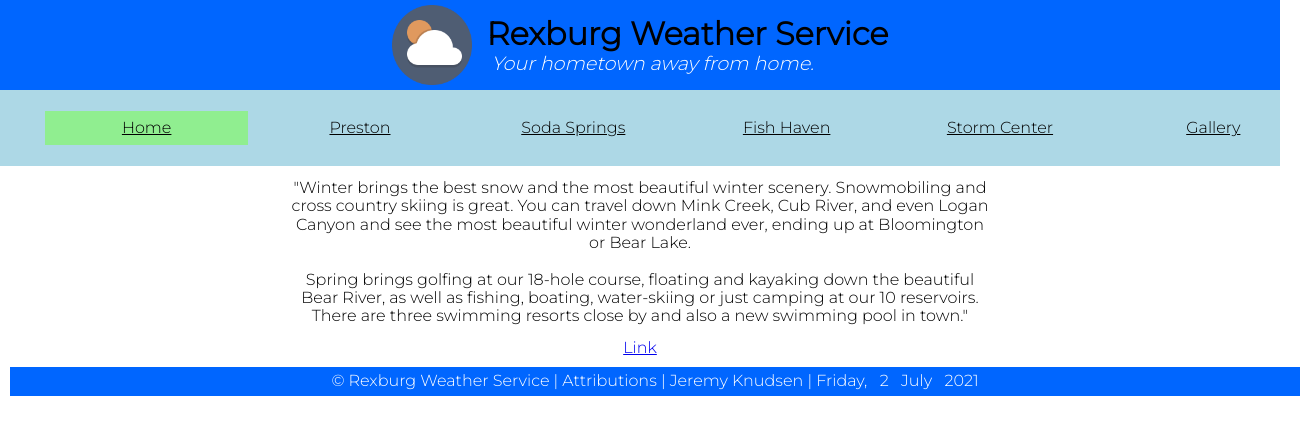
Repository: jknudsen97/jknudsen97.github.io
Page: lesson09/index.html
The author's editor kept a copy of each file at every save. The page is drawn from the files as they stood at one save, then again after the next save.
The browser window is 1280 px wide. The page is 1300 px wide, so the pictures cover 1300 px, including what lies to the right of the window. The pictures show the whole page.
The page's requests for data from a server got no answer.

Above is the page before, as saved 2021-07-02 18:44:37.

After the next save:
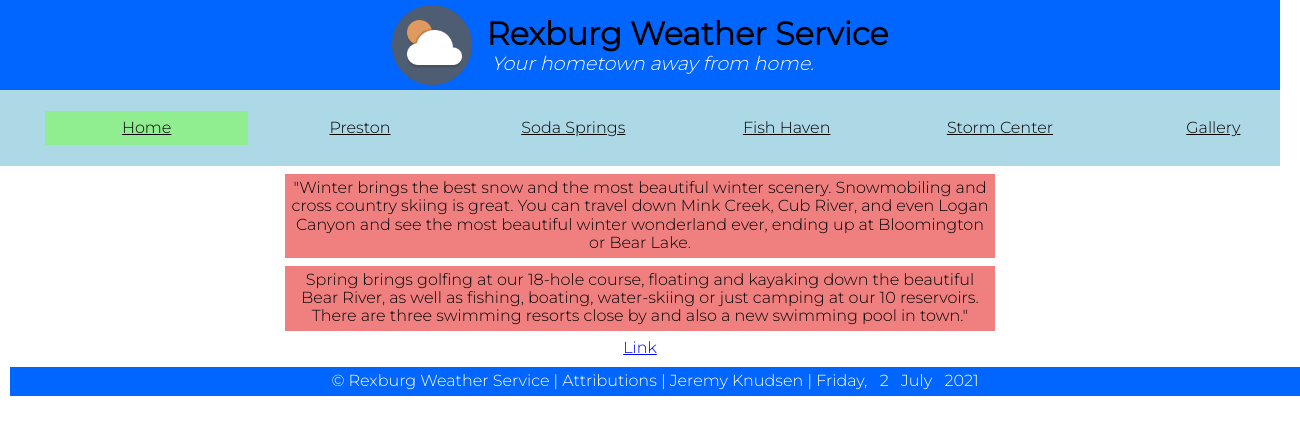
Saved 21 s later.
--- a/lesson09/css/main.css
+++ b/lesson09/css/main.css
@@ -170,6 +170,7 @@ article {
   }
 
   .extra{
+      background-color: lightcoral;
       padding: 5px;
       max-width: 700px;
       margin: .5rem auto;
